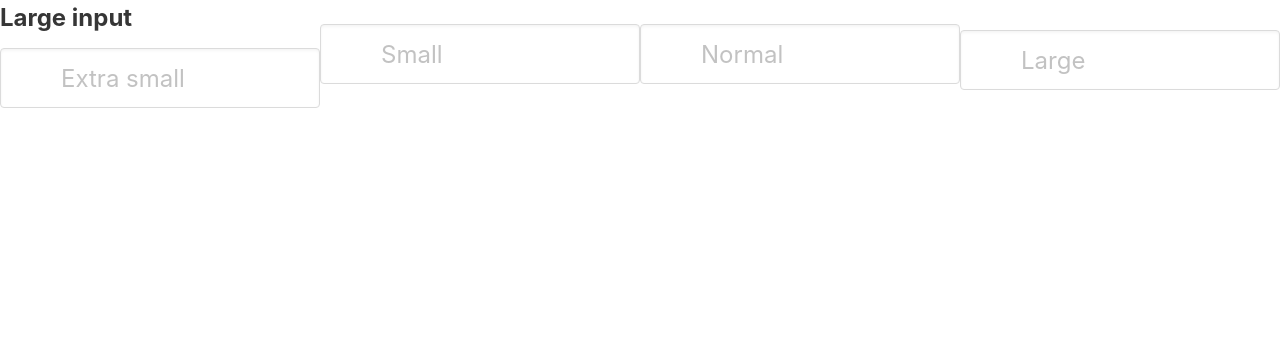
Repository: Spawnbig/ProyectoEspTec1
Page: /
The author's editor kept a copy of each file at every save. The page is drawn from the files as they stood at one save, then again after the next save.
The browser window is 1280 px wide. The pictures show the whole page.
The project was rebuilt for these pictures with package versions that can differ from the ones it lists, and the page was loaded fresh each time. Also part of the build but not shown: vite.config.js, src/views/Dashboard.vue.

Above is the page before, as saved 2022-07-08 21:49:25.

### src/main.js
import { createApp } from 'vue'
import { createPinia } from 'pinia'
import App from './App.vue'
import router from './router'



const app = createApp(App)

app.use(createPinia())
app.use(router)

app.mount('#app')

### src/App.vue

<template>
  <RouterView />
</template>

<script>
export default{

}
</script>


<style>
@import "https://cdn.jsdelivr.net/npm/bulma@0.9.4/css/bulma.min.css";


</style>

### src/router/index.js
import { createRouter, createWebHistory } from 'vue-router'
import HomeView from '../views/HomeView.vue'
import Dashboard from '../views/Dashboard.vue'

const router = createRouter({
  history: createWebHistory(import.meta.env.BASE_URL),
  routes: [
    {
      path: '/',
      name: 'home',
      component: HomeView
    },
    {
      path: '/dashboard',
      name: 'dashboard',
      // route level code-splitting
      // this generates a separate chunk (About.[hash].js) for this route
      // which is lazy-loaded when the route is visited.
      component: Dashboard
    }
  ]
})

export default router

### src/views/HomeView.vue
<template>
  <CrearUsuario/>
</template>

<script >
import CrearUsuario from "../components/CrearUsuario.vue";

export default {
components:{CrearUsuario}
}

</script>


<style scoped>

</style>

### src/components/CrearUsuario.vue
<template>
<div class="Cuerpo" id="Cuerpo">
<div class="field">
  <label class="label is-large">Large input</label>
  <div class="control has-icons-left has-icons-right">
    <input class="input is-large" type="email" placeholder="Extra small">
    <span class="icon is-small is-left">
      <i class="fas fa-envelope fa-xs"></i>
    </span>
    <span class="icon is-small is-right">
      <i class="fas fa-check fa-xs"></i>
    </span>
  </div>
</div>

<div class="field">
  <div class="control has-icons-left has-icons-right">
    <input class="input is-large" type="email" placeholder="Small">
    <span class="icon is-left">
      <i class="fas fa-envelope fa-sm"></i>
    </span>
    <span class="icon is-right">
      <i class="fas fa-check fa-sm"></i>
    </span>
  </div>
</div>

<div class="field">
  <div class="control has-icons-left has-icons-right">
    <input class="input is-large" type="email" placeholder="Normal">
    <span class="icon is-large is-left">
      <i class="fas fa-envelope"></i>
    </span>
    <span class="icon is-large is-right">
      <i class="fas fa-check"></i>
    </span>
  </div>
</div>

<div class="field">
  <div class="control has-icons-left has-icons-right">
    <input class="input is-large" type="email" placeholder="Large">
    <span class="icon is-medium is-left">
      <i class="fas fa-envelope fa-lg"></i>
    </span>
    <span class="icon is-medium is-right">
      <i class="fas fa-check fa-lg"></i>
    </span>
  </div>
</div>
</div>

</template>

<script>

export default {

}






</script>

<style scoped>
.Cuerpo{
    display: flex;
  justify-content: center;
  align-items: center;

}
</style>

Loaded but not shown: index.html (common file)

After the next save:
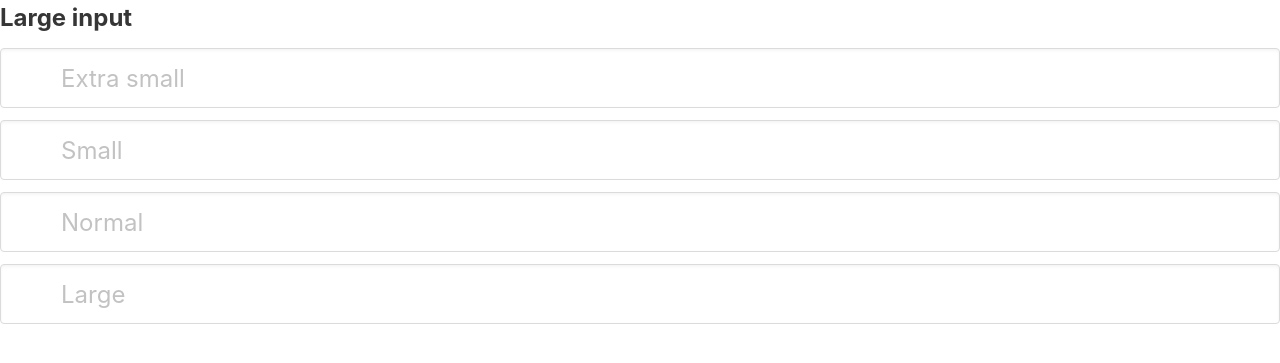
Saved 19 s later.
--- a/src/components/CrearUsuario.vue
+++ b/src/components/CrearUsuario.vue
@@ -1,5 +1,5 @@
 <template>
-<div class="Cuerpo" id="Cuerpo">
+<div id="Cuerpo">
 <div class="field">
   <label class="label is-large">Large input</label>
   <div class="control has-icons-left has-icons-right">
@@ -66,10 +66,5 @@
 </script>
 
 <style scoped>
-.Cuerpo{
-    display: flex;
-  justify-content: center;
-  align-items: center;
 
-}
 </style>

After the 2 saves that followed:
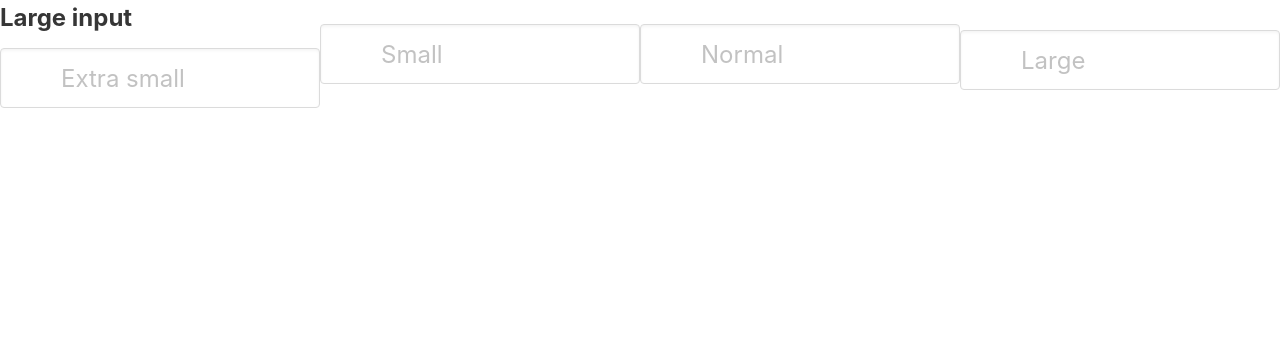
The 2 saves are shown as one change because 1 left the picture as it was.
The last was saved 16 s later.
--- a/src/components/CrearUsuario.vue
+++ b/src/components/CrearUsuario.vue
@@ -66,5 +66,10 @@
 </script>
 
 <style scoped>
+#Cuerpo{
+    display: flex;
+  justify-content: center;
+  align-items: center;
 
+}
 </style>
